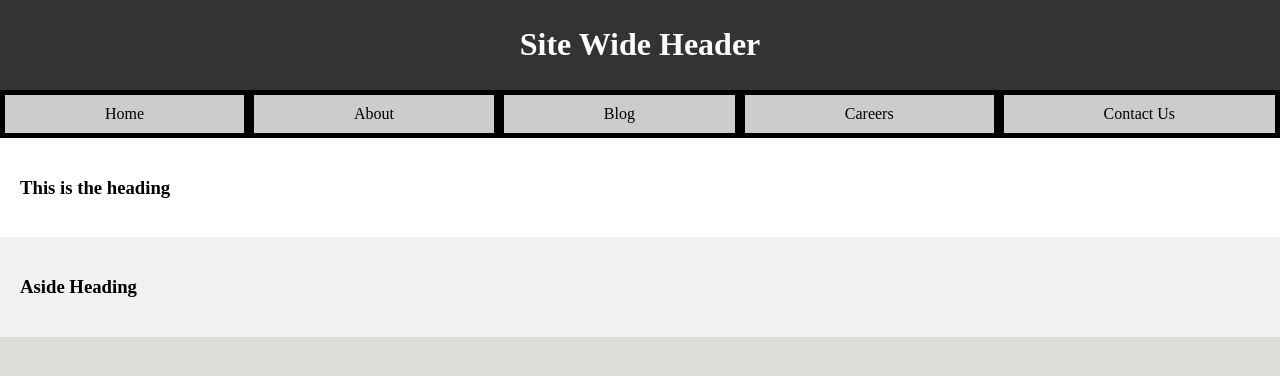
Repository: ayeza-baseer/AssignmentFlexbox
Page: assignment.html
The author's editor kept a copy of each file at every save. The page is drawn from the files as they stood at one save, then again after the next save.
The browser window is 1280 px wide. The pictures show the whole page.

Above is the page before, as saved 2023-03-17 14:13:10.

After the next save:
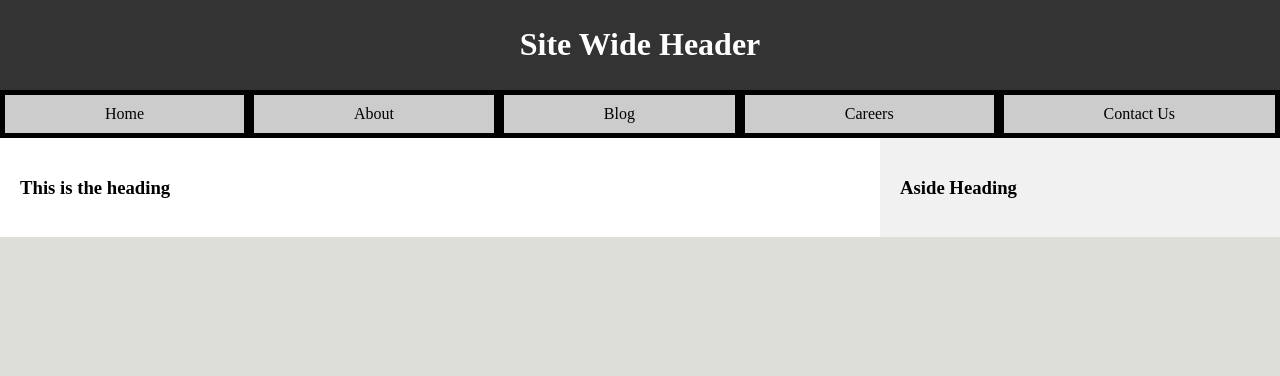
Saved 23 s later.
--- a/assignment.css
+++ b/assignment.css
@@ -36,7 +36,7 @@
 
   .row {
     display: flex;
-    flex-wrap: wrap;
+
     flex-direction: row;
   }
 

After the save that followed:
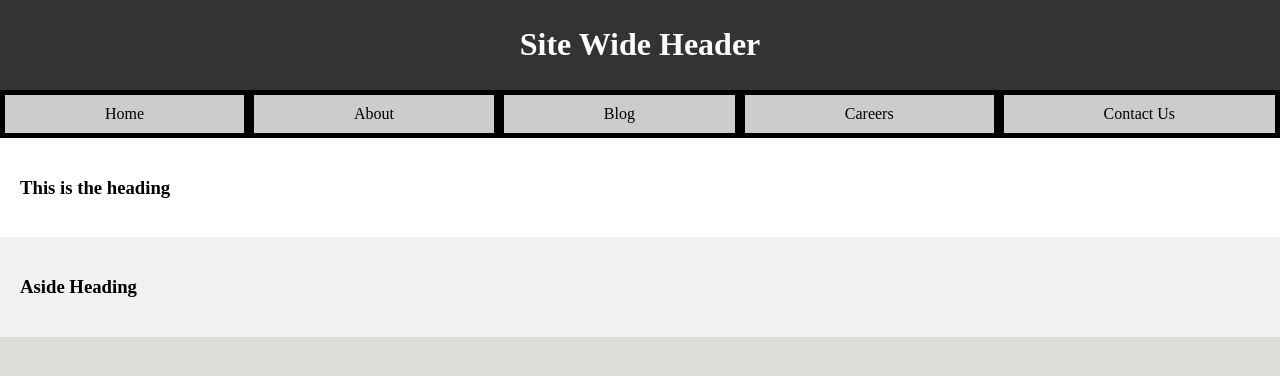
Saved 94 s later.
--- a/assignment.css
+++ b/assignment.css
@@ -38,6 +38,7 @@
     display: flex;
 
     flex-direction: row;
+    flex-wrap: wrap;
   }
 
 
